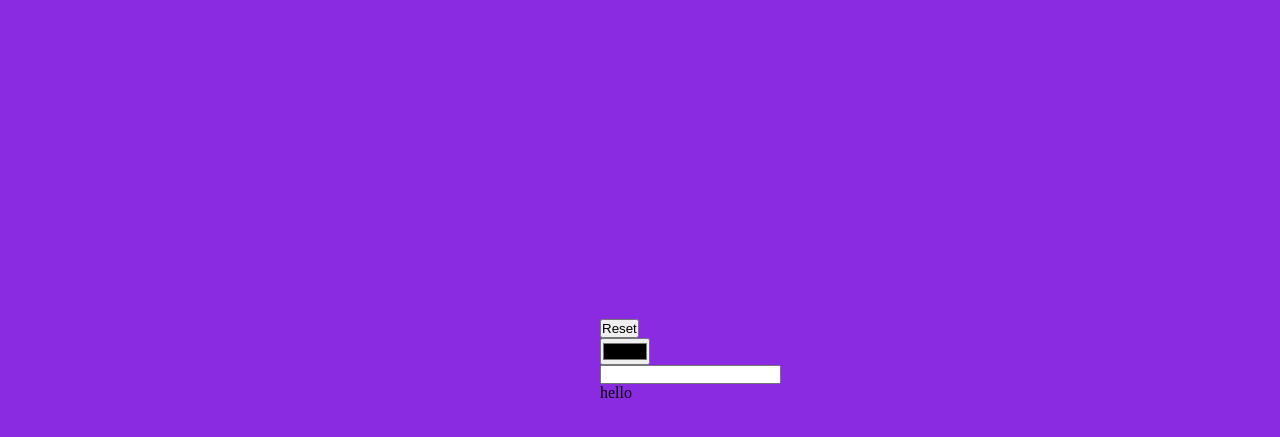
Repository: Larrowo/Challenges
Page: Pixel-Art/index.html
These files come from the project's save history. The page is drawn as it stood at one moment and after the next save; the edit follows.
The browser window is 1280 px wide. The pictures show the whole page.

Above is the page before, as saved 2022-04-20 12:12:28.

After the next save:
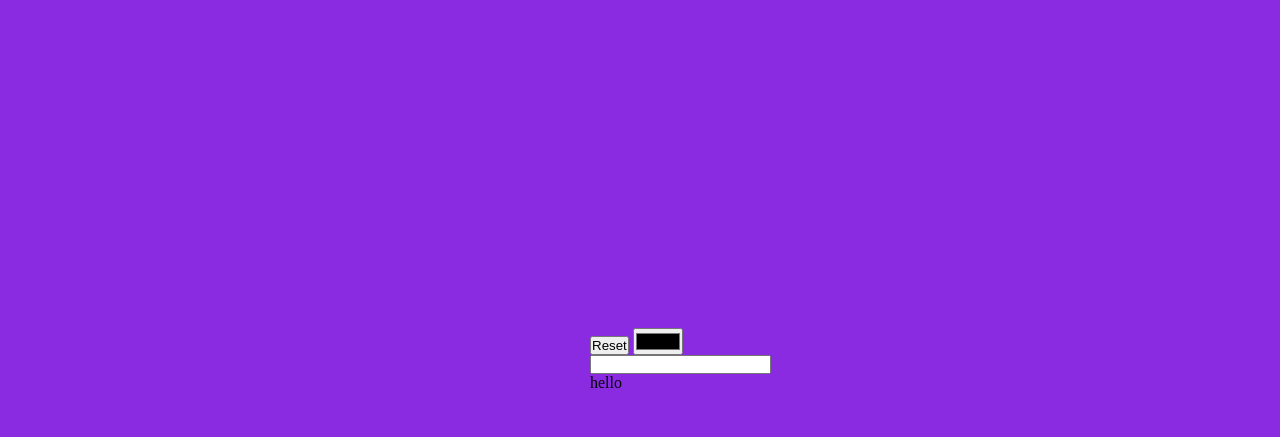
Saved 5 s later.
--- a/Pixel-Art/style.css
+++ b/Pixel-Art/style.css
@@ -18,7 +18,7 @@ body{
 
 .navbar, .container{
     background-color:rgba(28,28,29,);
-    width: 80px;
+    width: 100px;
     border-radius: 3px;
 }
 
